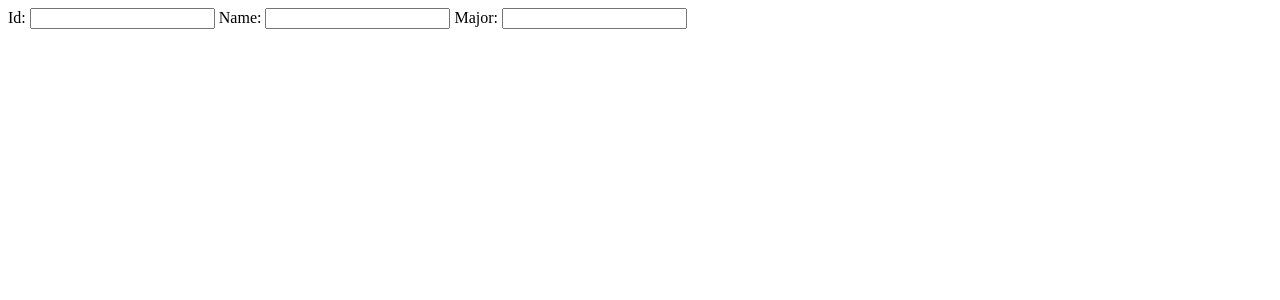
Repository: RevatureSteve/Java
Page: Week_4_JavaScript/JavaScriptClassExamples/WebContent/form.html
These files come from the project's save history. The page is drawn as it stood at one moment and after the next save; the edit follows.
The browser window is 1280 px wide. The pictures show the whole page.

Above is the page before, as saved 2016-09-07 18:53:01.

### Week_4_JavaScript/JavaScriptClassExamples/WebContent/form.html
<!DOCTYPE html>
<html>
<head>
<meta charset="ISO-8859-1">
<title>Add Students</title>
</head>
<body>

Id: <input type="text" id="t_id" />

Name: <input type="text" id="t_name" />

Major: <input type="text" id="t_major" />

</body>
</html>

After the next save:
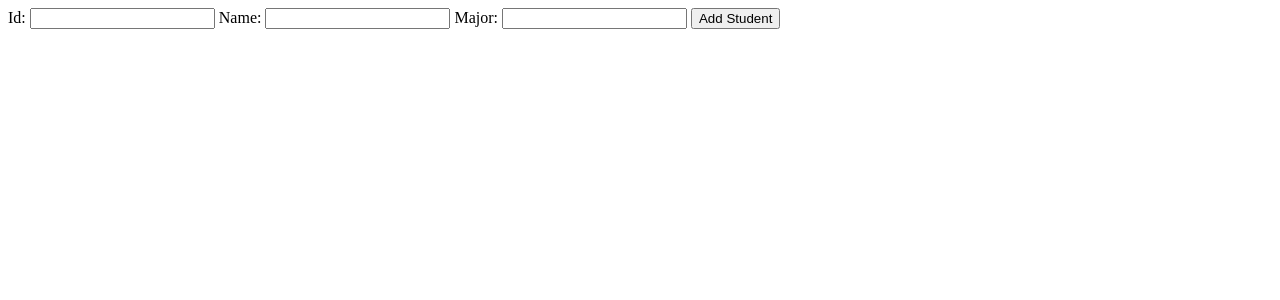
Saved 43 s later.
--- a/Week_4_JavaScript/JavaScriptClassExamples/WebContent/form.html
+++ b/Week_4_JavaScript/JavaScriptClassExamples/WebContent/form.html
@@ -12,5 +12,7 @@ Name: <input type="text" id="t_name" />
 
 Major: <input type="text" id="t_major" />
 
+<button id="add">Add Student</button>
+
 </body>
 </html>
